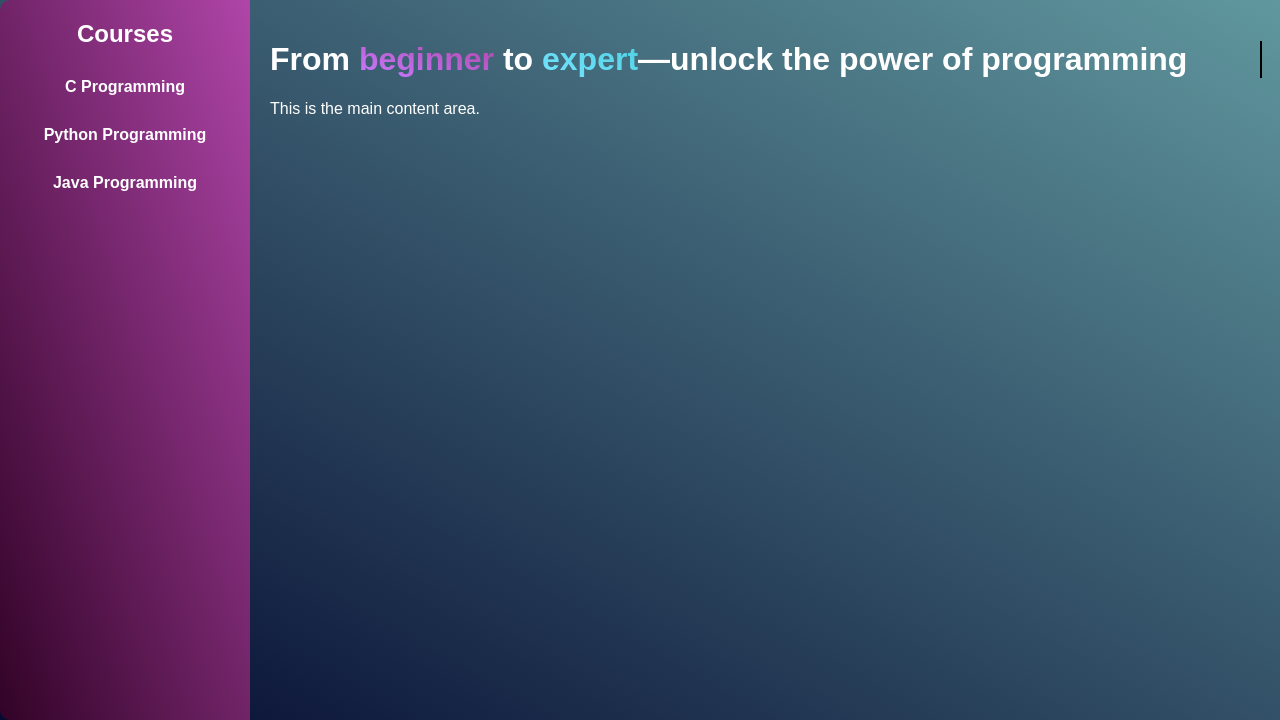
Repository: RishitSharma88/SeaGro
Page: templates/learningcourses.html
An editor plug-in stored every save of this project. The page is shown before and after the next save, followed by the edit.
The browser window is 1280 px wide. The pictures show the whole page.
The template is drawn by Flask 3. The application's start-up code is not run. Other server files are loaded and not shown. The template is opened directly, without the code that normally fills it, so the values that code supplies are empty.

Above is the page before, as saved 2024-12-28 14:19:45.

### templates/learningcourses.html
<!DOCTYPE html>
<html lang="en">
<head>
    <meta charset="UTF-8">
    <meta name="viewport" content="width=device-width, initial-scale=1.0">
    <title>Learning Courses</title>
    <style>
        body {
            margin: 0;
            padding: 0;
            font-family: 'Arial', sans-serif;
            background: linear-gradient(to bottom left, #60979e, #050a30);
            color: #FFFFFF;
            display: flex;
            height: 100vh;
            overflow: hidden;
        }

        .sidebar {
            background: linear-gradient(to bottom left, #af45a8, #320327);
            color: #ffff;
            width: 250px;
            height: 100%;
            border-radius: 10px 0 0 10px;
            overflow: auto;
            display: flex;
            flex-direction: column;
            align-items: center;
            position: fixed;
            left: 0;
            top: 0;
            transition: transform 0.3s ease;
        }
        .h {
            font-size: 24px;
            font-weight: bold;
            text-align: center;
            margin: 20px 0;
        }
        .side-links {
            display: flex;
            flex-direction: column;
            gap: 10px;
            width: 100%;
            padding: 0 10px;
        }

        .side-links a {
            text-decoration: none;
            color: #fff;
            font-size: 1rem;
            font-weight: bold;
            padding: 10px;
            border-radius: 5px;
            text-align: center;
            transition: background-color 0.3s ease;
        }

        .side-links a:hover {
            background-color: rgba(255, 255, 255, 0.2);
        }
        .main-content {
            margin-left: 250px;
            flex: 1;
            padding: 20px;
            transition: margin-left 0.3s ease;
        }
        .typing {
            width: 0;
            overflow: hidden;
            white-space: nowrap;
            border-right: 2px solid black;
            animation: typing 2s steps(20) forwards, blink 1s step-end infinite;
        }
        @keyframes typing {
            from {
                width: 0;
            }
            to {
                width: 100%;
            }
        }

        @keyframes blink {
            50% {
                border-color: transparent;
            }
        }
        .highlight {
            background: linear-gradient(to bottom left, #af45a8, #c77dff); /* Gradient */
            -webkit-background-clip: text;  /* Clip background to text */
            -webkit-text-fill-color: transparent;  /* Make the non-highlight part transparent */
        }

        .expert {
            background: linear-gradient(to bottom left, #4dd0e1, #76e4ff);
            -webkit-background-clip: text;
            -webkit-text-fill-color: transparent;
        }

        /*.sidebar.collapsed {
            transform: translateX(-250px);
        }





        .toggle-btn {
            position: fixed;
            top: 50%;
            left: 250px;
            transform: translateY(-50%);
            background: #de7a50;
            color: #fff;
            border: none;
            border-radius: 5px;
            font-size: 20px;
            cursor: pointer;
            transition: left 0.3s ease;
        }

        .toggle-btn.collapsed {
            left: 0;
        }



        .sidebar.collapsed + .main-content {
            margin-left: 0;
        }*/
    </style>
</head>
<body>
    <div class="sidebar">
        <h1 class="h">Courses</h1>
        <div class="side-links">
            <a href="coursetemp.html">C Programming</a>
            <a href="coursetemp.html">Python Programming</a>
            <a href="coursetemp.html">Java Programming</a>
        </div>
    </div>
    <!-- <button class="toggle-btn">&#9664;</button> -->

    <div class="main-content">
        <h1 class="typing">
            From <span class="highlight">beginner</span> to <span class="expert">expert</span>—unlock the power of programming
        </h1>
        <p>This is the main content area.</p>
    </div>

    <!-- <script>
        const sidebar = document.querySelector('.sidebar');
        const toggleBtn = document.querySelector('.toggle-btn');

        toggleBtn.addEventListener('click', () => {
            sidebar.classList.toggle('collapsed');
            toggleBtn.classList.toggle('collapsed');


            toggleBtn.innerHTML = sidebar.classList.contains('collapsed') ? '&#9654;' : '&#9664;';
        });
    </script> -->
</body>
</html>

After the next save:
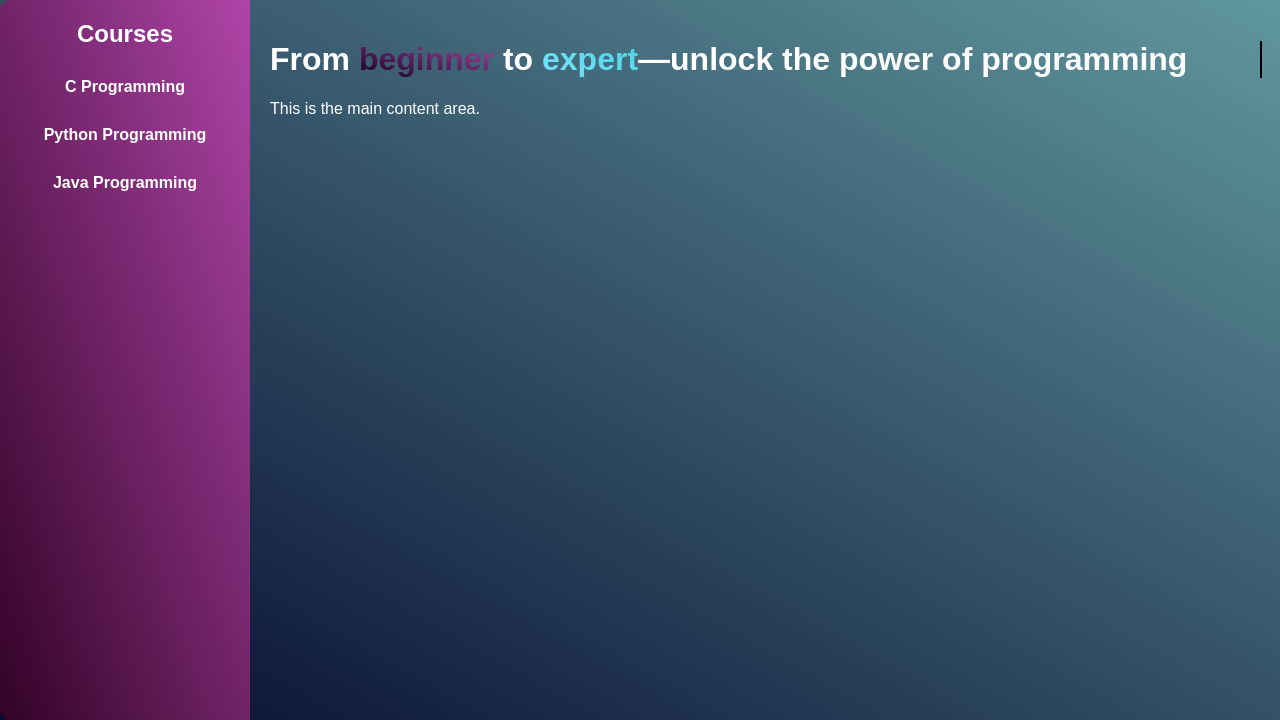
Saved 16 s later.
--- a/templates/learningcourses.html
+++ b/templates/learningcourses.html
@@ -87,7 +87,7 @@
             }
         }
         .highlight {
-            background: linear-gradient(to bottom left, #af45a8, #c77dff); /* Gradient */
+            background: linear-gradient(to bottom left, #af45a8, #130121); /* Gradient */
             -webkit-background-clip: text;  /* Clip background to text */
             -webkit-text-fill-color: transparent;  /* Make the non-highlight part transparent */
         }
